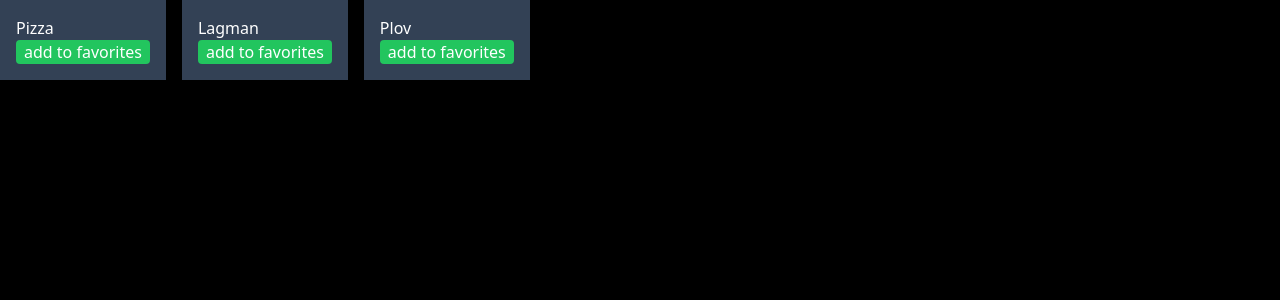
Repository: Nurlan-Bakenbaev/redux-tools
Page: /
The author's editor kept a copy of each file at every save. The page is drawn from the files as they stood at one save, then again after the next save.
The browser window is 1280 px wide. The pictures show the whole page.
The project was rebuilt for these pictures with package versions that can differ from the ones it lists, and the page was loaded fresh each time. Also part of the build but not shown: vite.config.js.

Above is the page before, as saved 2023-10-22 22:16:22.

### src/App.jsx
import RicipeItem from "./RicipeItem";

function App() {
  return (
    <>
      <div className="flex flex-row gap-4  jus">
        <RicipeItem recipe={{ id: 1, name: "Pizza" }} />
        <RicipeItem recipe={{ id: 2, name: "Lagman" }} />
        <RicipeItem recipe={{ id: 3, name: "Plov" }} />
      </div>
    </>
  );
}

export default App;

### src/index.css
@tailwind base;
@tailwind components;
@tailwind utilities;

body {
  background: black;
  color: white;
}

### src/store/store.js
import { configureStore } from "@reduxjs/toolkit"
import {reducer} from "../features/favoritesSlice"


 export const store = configureStore({
  reducer: {reducer},

});

### src/RicipeItem.jsx
import React from "react";

const RicipeItem = ({ recipe }) => {
  return (
    <div className="bg-slate-700 p-4 ">
      <div>{recipe.name}</div>
      <button className="px-2 bg-green-500 rounded"> add to favorites</button>
    </div>
  );
};

export default RicipeItem;

### src/features/favoritesSlice.js
import { createSlice } from "@reduxjs/toolkit";


const initialState = [];
export const favoritesSlice = createSlice({
  name: "favorites",
  initialState,
  reducers: {
    toggleFavorites: (state, { payload: recipe }) => {
      const isExits = state.some((r) => r.id === recipe.id);
      if (isExits) {
        state = state.filter((r) => r.id !== recipe.id);
      }
      state.push(recipe);
    },
  },
});
export const {action,reducer} = favoritesSlice

Loaded but not shown: index.html (common file); src/main.jsx (common file); tailwind.config.js (common file)

After the next save:
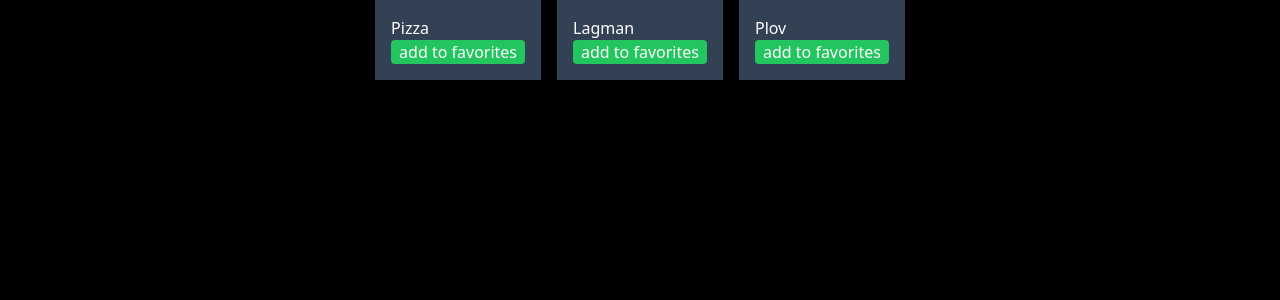
Saved 7 s later.
--- a/src/App.jsx
+++ b/src/App.jsx
@@ -3,7 +3,7 @@ import RicipeItem from "./RicipeItem";
 function App() {
   return (
     <>
-      <div className="flex flex-row gap-4  jus">
+      <div className="flex flex-row gap-4  justify-center item">
         <RicipeItem recipe={{ id: 1, name: "Pizza" }} />
         <RicipeItem recipe={{ id: 2, name: "Lagman" }} />
         <RicipeItem recipe={{ id: 3, name: "Plov" }} />
